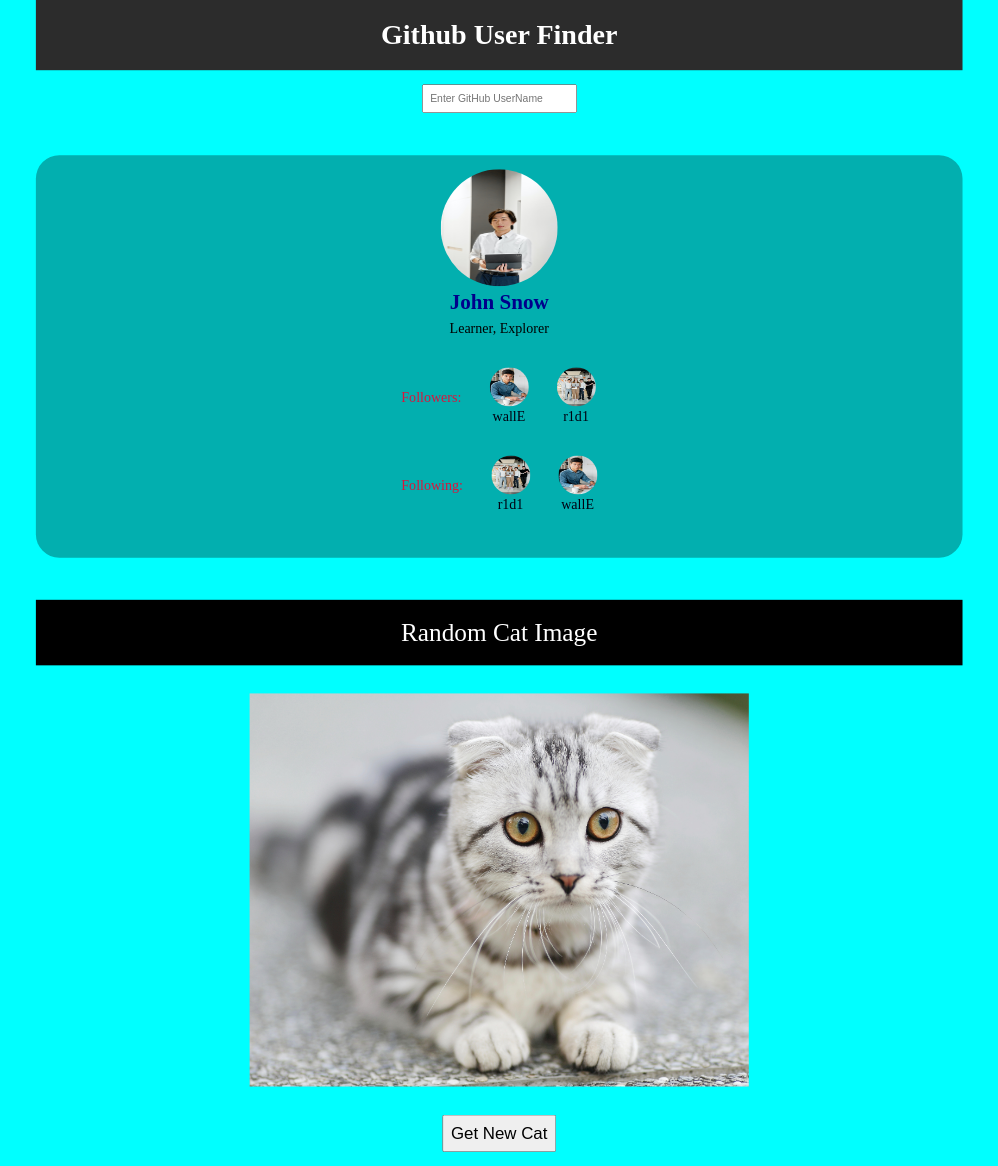
Repository: Ravindra-Shastri/TA-JS-asynchronous-js-TJaaao
Page: block-BJaajt/code/index.html
An editor plug-in stored every save of this project. The page is shown before and after the next save, followed by the edit.
The browser window is 1280 px wide. The pictures show the whole page, at 78% of full size.
The style sheet was rebuilt from its Sass, Less or Tailwind sources for each picture, by a compiler version that may differ from the author's.

Above is the page before, as saved 2021-10-07 10:41:06.

After the next save:
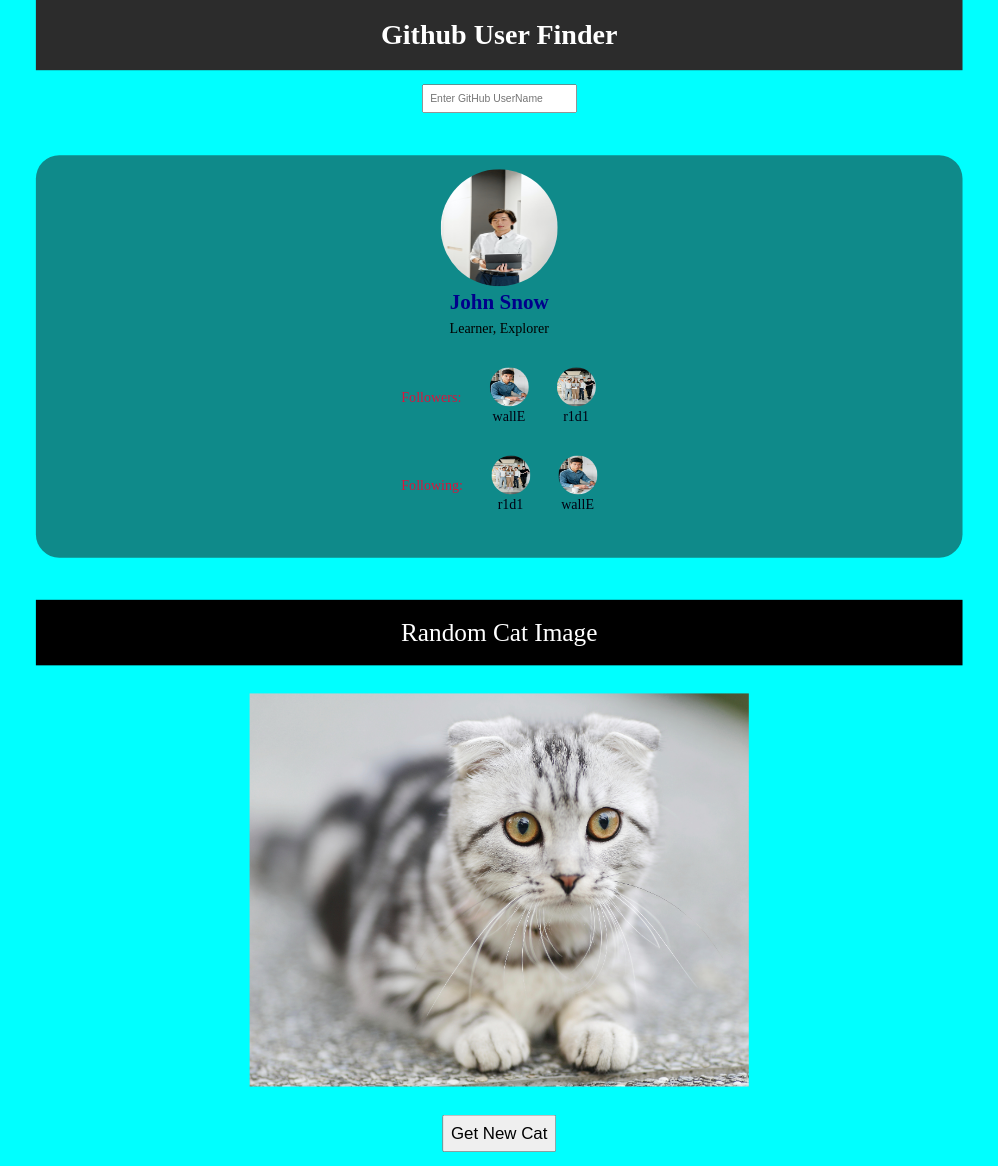
Saved 37 s later.
--- a/block-BJaajt/code/assets/style.scss
+++ b/block-BJaajt/code/assets/style.scss
@@ -37,7 +37,7 @@ h1 {
     margin: 3rem auto;
     padding: 1rem;
     align-items: center;
-    background: rgb(2, 175, 175);
+    background: rgb(15, 138, 138);
     border-radius: 30px;
 }
 .user-details {
